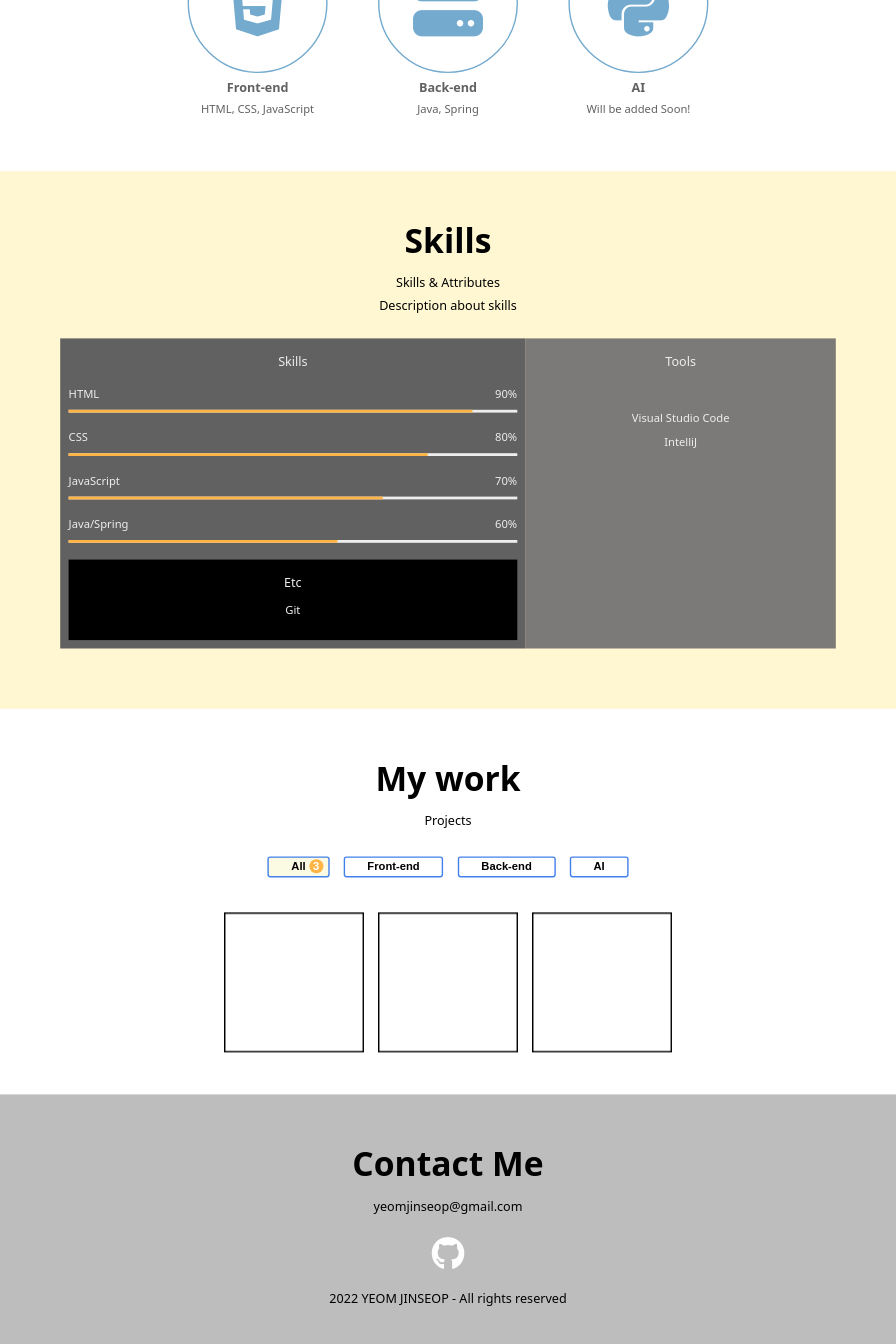
Repository: YEOMJINSEOP/yeomjinseop.github.io
Page: index.html
The author's editor kept a copy of each file at every save. The page is drawn from the files as they stood at one save, then again after the next save.
The browser window is 1280 px wide. The pictures show the part of the page from y = 919 to 2839 px (the page is 2839 px tall before and 2724 px after), at 70% of full size.
Some web libraries are served in a nearby version.

Above is the page before, as saved 2022-09-01 10:08:26.

After the next save:
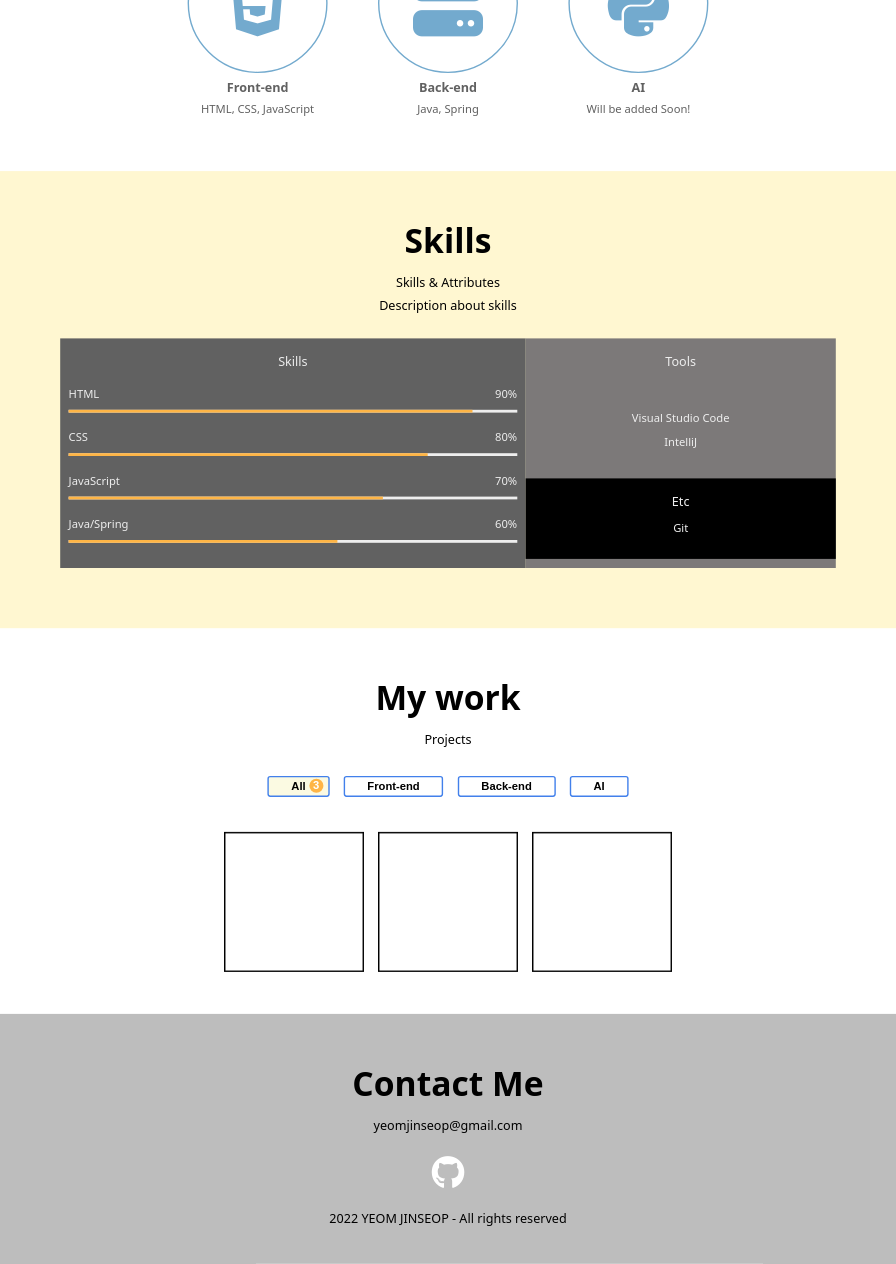
Saved 35 s later.
--- a/index.html
+++ b/index.html
@@ -159,15 +159,6 @@
             </div>
           </div>
         </div>
-
-
-
-        <div class="etc">
-          <h3 class="skillset__title">Etc</h3>
-          <ul class="etc__list">
-            <li><span>Git</span></li>
-          </ul>
-        </div>
       </div>
       <div class="skillset__right">
         <div class="tools">
@@ -175,6 +166,12 @@
           <ul class="tools__list">
             <li><span>Visual Studio Code</span></li>
             <li><span>IntelliJ</span></li>
+          </ul>
+        </div>
+        <div class="etc">
+          <h3 class="skillset__title">Etc</h3>
+          <ul class="etc__list">
+            <li><span>Git</span></li>
           </ul>
         </div>
     </div>
